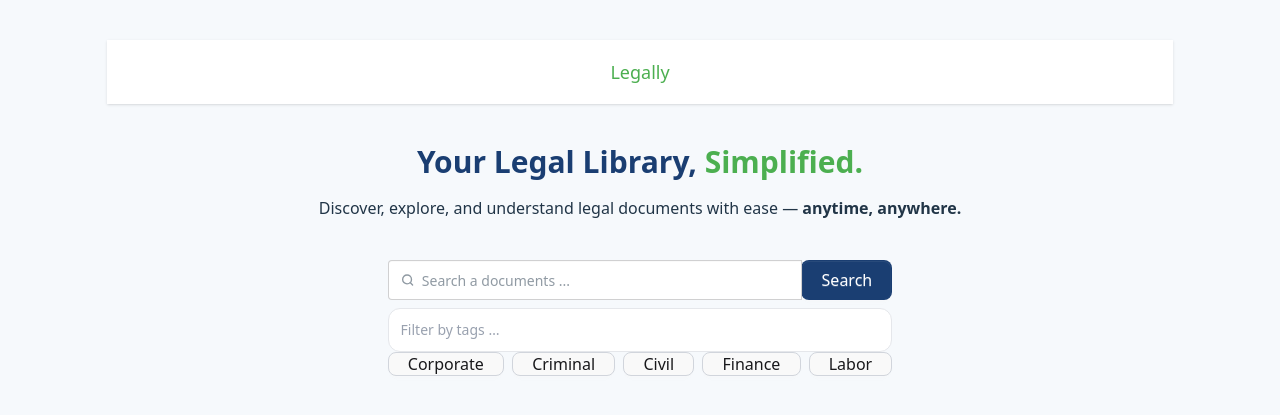
Repository: OdinPie/legal-search-acmeai
Page: / (app in legal-frontend/)
An editor plug-in stored every save of this project. The page is shown before and after the next save, followed by the edit.
The browser window is 1280 px wide. The pictures show the whole page.
The project was rebuilt for these pictures with package versions that can differ from the ones it lists, and the page was loaded fresh each time. Also part of the build but not shown: legal-frontend/vite.config.js.

Above is the page before, as saved 2025-11-05 22:57:16.

### legal-frontend/index.html
<!doctype html>
<html lang="en">
  <head>
    <meta charset="UTF-8" />
    <link rel="icon" type="image/svg+xml" href="/vite.svg" />
    <meta name="viewport" content="width=device-width, initial-scale=1.0" />
    <title>legal-frontend</title>
  </head>
  <body>
    <div id="root"></div>
    <script type="module" src="/src/main.jsx"></script>
  </body>
</html>

### legal-frontend/src/App.jsx
import './App.css'
import Home from './pages/Home'

function App() {

  return (
    <>
      <Home></Home>
    </>
  )
}

export default App

### legal-frontend/src/App.css
@import "tailwindcss";

@plugin "daisyui";

### legal-frontend/src/pages/Home.jsx
import React from 'react';
import SearchSection from '../components/SearchSection';
import Navbar from '../components/Navbar';
import Banner from '../components/Banner';
const Home = () => {
    return (
        <div className='bg-[#F6F9FC] min-h-screen min-w-screen'>
            <Navbar></Navbar>
            <Banner></Banner>
            {/* <SearchSection></SearchSection> */}
            {/* Your Legal Library, Simplified.
                Discover, explore, and understand legal documents with ease — anytime, anywhere. */}
        </div>
    );
};

export default Home;

### legal-frontend/src/components/SearchSection.jsx
import { useState } from "react";
import TagBar from "./TagBar";

export default function SearchSection() {

  const [query, setQuery] = useState("");
  const [keywords, setKeywords] = useState([]);

  return (
    <div className="my-10">
      <div className="join w-full max-w-2xl mx-auto">
    <label className="input validator join-item flex-1 min-w-0">
      <svg className="h-[1em] opacity-50" xmlns="http://www.w3.org/2000/svg" viewBox="0 0 24 24">
    <g
      strokeLinejoin="round"
      strokeLinecap="round"
      strokeWidth="2.5"
      fill="none"
      stroke="currentColor"
    >
      <circle cx="11" cy="11" r="8"></circle>
      <path d="m21 21-4.3-4.3"></path>
    </g>
  </svg>
      <input className="grow" type="text" placeholder="Search a documents ..." required />
    </label>

  <button className="btn join-item !bg-[#1A3E72] !text-white" >Search</button>
</div>
    <TagBar value={keywords} onChange={setKeywords} />
    </div>
  );
}

### legal-frontend/src/components/Navbar.jsx
export default function Navbar() {

  return (
    <div className="flex justify-center sticky top-10 ">
        <div className="navbar bg-base-100 shadow-sm sticky z-10 w-10/12">
    <div className="flex justify-center w-full">
        <a className="btn btn-ghost text-lg !text-[#4CAF50]">Legally</a>
    </div>
    </div>
    </div>
  );
}

### legal-frontend/src/components/Banner.jsx
import React from 'react';
import SearchSection from './SearchSection';

const Banner = () => {
    return (
        <div>
            <div className='flex flex-col items-center justify-center text-center mt-20'>
                {/*Banner writings here  */}
                <h1 className='!text-3xl font-bold text-[#1A3E72]'>Your Legal Library, <span className='text-[#4CAF50]'>Simplified.</span></h1>
                <p className='mt-4'>Discover, explore, and understand legal documents with ease — <span className='font-bold'>anytime, anywhere.</span></p>
                <SearchSection></SearchSection>
            </div>
        </div>
    );
};

export default Banner;

### legal-frontend/src/components/TagBar.jsx
import { useState, useRef } from "react";

const maxTags = 5;
 const suggetions = ["Corporate", "Criminal", "Civil", "Finance", "Labor"];

export default function TagBar({ value = [], onChange }) {
  const [input, setInput] = useState("");

  const addTag = (raw) => {
    const tag = raw.trim();
    if (!tag) return;
    const norm = tag.toLowerCase();
    const has = value.some(t => t.toLowerCase() === norm);
    if (has || value.length >= maxTags) return;  // if it already exists in the tag list or tag list already filled up? --> return
    onChange([...value, tag]);
    setInput("");
  };

  const removeTag = (tag) => {
    onChange(value.filter(t => t !== tag))
  };

  const handleKeyDown = (e) => {
    if (["Enter", ","," "].includes(e.key)) {
      e.preventDefault();
      addTag(input);
        }  else if (e.key === "Backspace" && !input && value.length) {
      removeTag(value[value.length - 1]);  // remove the last node
       }
  };

  const atLimit = value.length >= maxTags;

  return (
    <div className="my-2">
      <div
        className="flex items-center gap-2 overflow-x-auto no-scrollbar h-11 w-full rounded-xl border border-gray-200 bg-white px-3"
        role="listbox"
        aria-label="Selected tags"
      >
        {value.map(tag => (
          <span
            key={tag}
            className="inline-flex items-center gap-1 rounded-full bg-blue-50 text-blue-800 border border-blue-200 px-3 py-1 text-sm"
          >
            {tag}
            <button
              aria-label={`Remove ${tag}`}
              onClick={() => removeTag(tag)}
              className="ml-1 rounded-full px-1 hover:bg-blue-100"
            >
              ✕
            </button>
          </span>
        ))}

        <input
          value={input}
          onChange={(e) => setInput(e.target.value)}
          onKeyDown={handleKeyDown}
          disabled={atLimit}
          placeholder={atLimit ? "Max tags reached" : "Filter by tags …"}
          className="min-w-[8ch] flex-1 bg-transparent outline-none text-sm placeholder-gray-400"
        />
      </div>

      <div className="flex flex-wrap gap-2">
        {suggetions.map(s => {
          const taken = value.some(t => t.toLowerCase() === s.toLowerCase());
          return (
            <button
              key={s}
              disabled={taken || atLimit}
              onClick={() => addTag(s)}
              className={`btn btn-xs text-sm
                ${taken ? "!border-gray-200 !text-gray-400 !cursor-not-allowed"
                        : "!border-gray-300 hover:!bg-blue-50 hover:!border-blue-400"}`}
            >
              {s}
            </button>
          );
        })}
      </div>
    </div>
  );
}

Loaded but not shown: legal-frontend/src/main.jsx (common file); legal-frontend/src/index.css (common file)

After the next save:
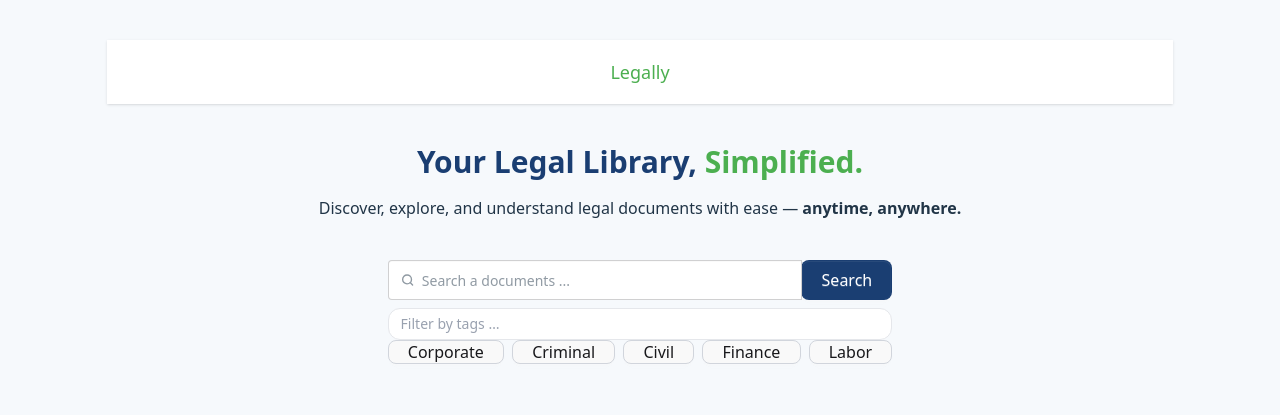
Saved 44 s later.
--- a/legal-frontend/src/components/TagBar.jsx
+++ b/legal-frontend/src/components/TagBar.jsx
@@ -34,7 +34,7 @@ export default function TagBar({ value = [], onChange }) {
   return (
     <div className="my-2">
       <div
-        className="flex items-center gap-2 overflow-x-auto no-scrollbar h-11 w-full rounded-xl border border-gray-200 bg-white px-3"
+        className="flex items-center gap-2 overflow-x-auto no-scrollbar h-8 w-full rounded-xl border border-gray-200 bg-white px-3"
         role="listbox"
         aria-label="Selected tags"
       >
